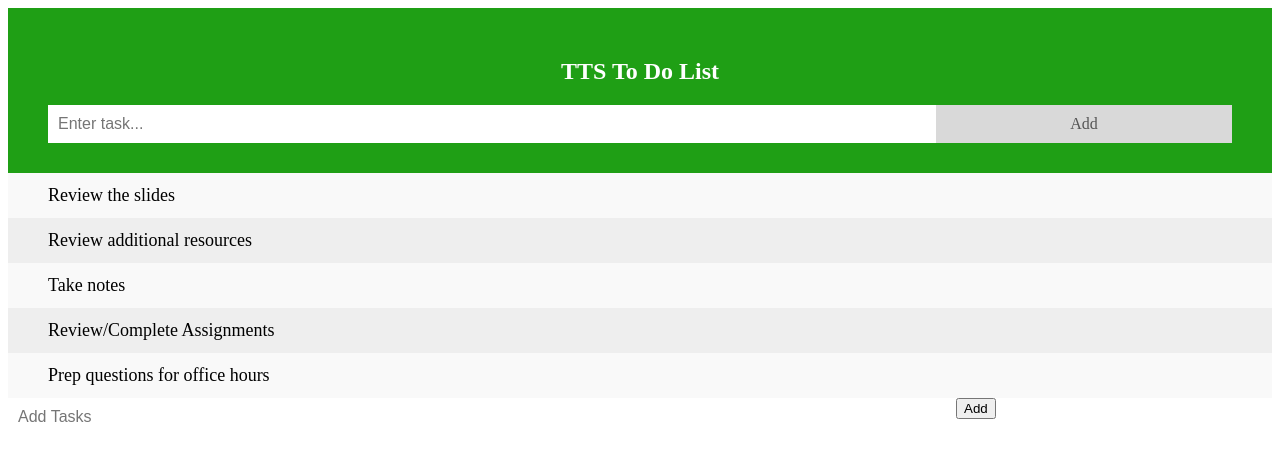
Repository: ayannasampson/week5groupproject
Page: week5group.html
The author's editor kept a copy of each file at every save. The page is drawn from the files as they stood at one save, then again after the next save.
The browser window is 1280 px wide. The pictures show the whole page.

Above is the page before, as saved 2023-03-07 20:43:27.

After the next save:
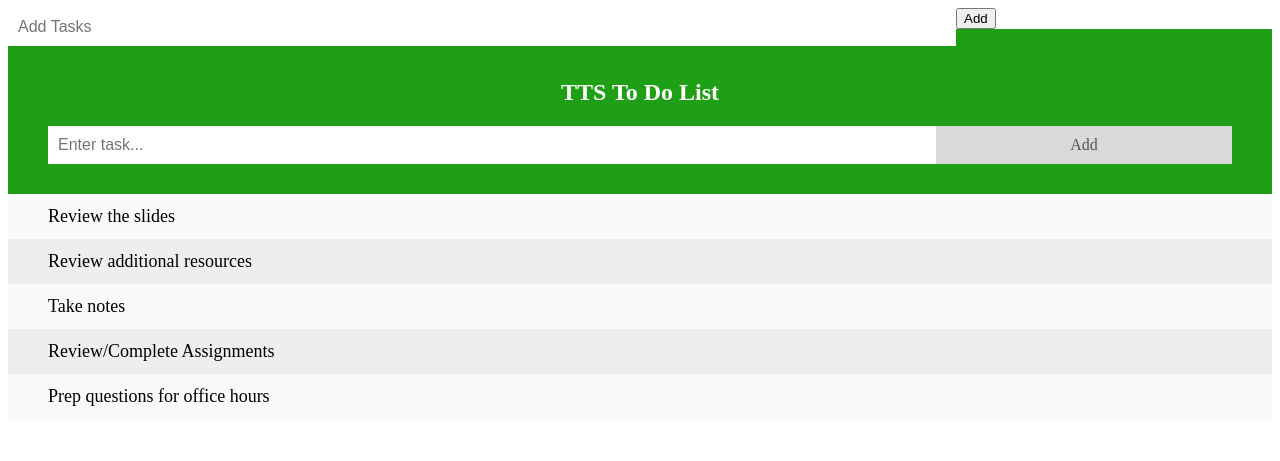
Saved 2 min 47 s later.
--- a/week5group.html
+++ b/week5group.html
@@ -2,7 +2,13 @@
 <html>
   <head><link rel="stylesheet" type="text/css" href="week5groupproject.css">
   </head>
-
+  <div class="container">
+    <div id="newtask">
+        <input type="text" placeholder="Add Tasks">
+        <button id="push">Add</button>
+    </div>
+    <div id="tasks"></div>
+</div>
 
 <div id="myDIV" class="header">
   <h2>TTS To Do List</h2>
@@ -17,11 +23,4 @@
   <li>Prep questions for office hours</li>
 </ul>
 
-<div class="container">
-  <div id="newtask">
-      <input type="text" placeholder="Add Tasks">
-      <button id="push">Add</button>
-  </div>
-  <div id="tasks"></div>
-</div>
 </html>

After the save that followed:
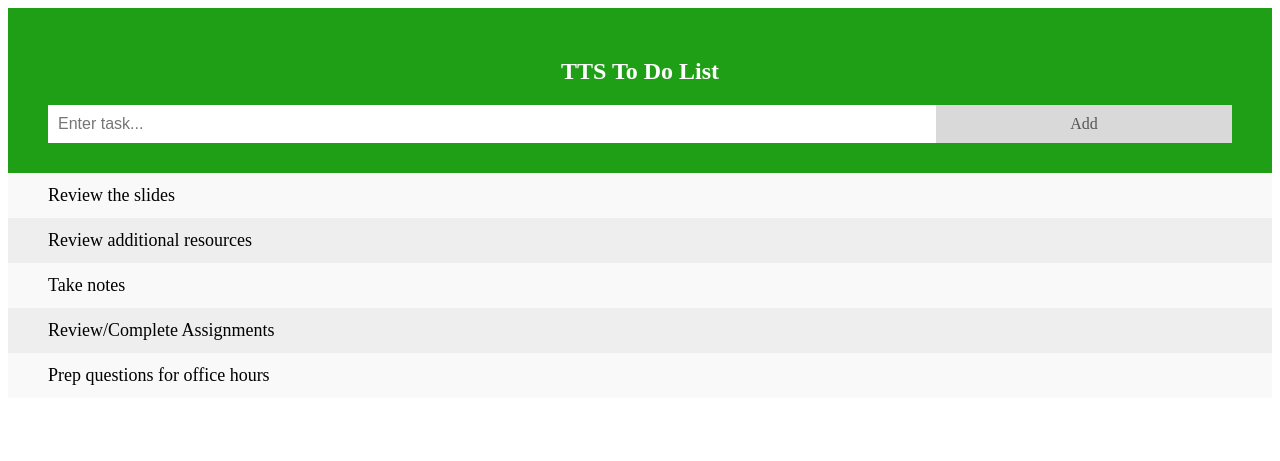
Saved 110 s later.
--- a/week5group.html
+++ b/week5group.html
@@ -2,13 +2,6 @@
 <html>
   <head><link rel="stylesheet" type="text/css" href="week5groupproject.css">
   </head>
-  <div class="container">
-    <div id="newtask">
-        <input type="text" placeholder="Add Tasks">
-        <button id="push">Add</button>
-    </div>
-    <div id="tasks"></div>
-</div>
 
 <div id="myDIV" class="header">
   <h2>TTS To Do List</h2>
--- a/week5groupproject.css
+++ b/week5groupproject.css
@@ -7,6 +7,7 @@
 ul {
   margin: 0;
   padding: 0;
+  box-sizing: border-box;
 }
 
 /* Style the list items */
